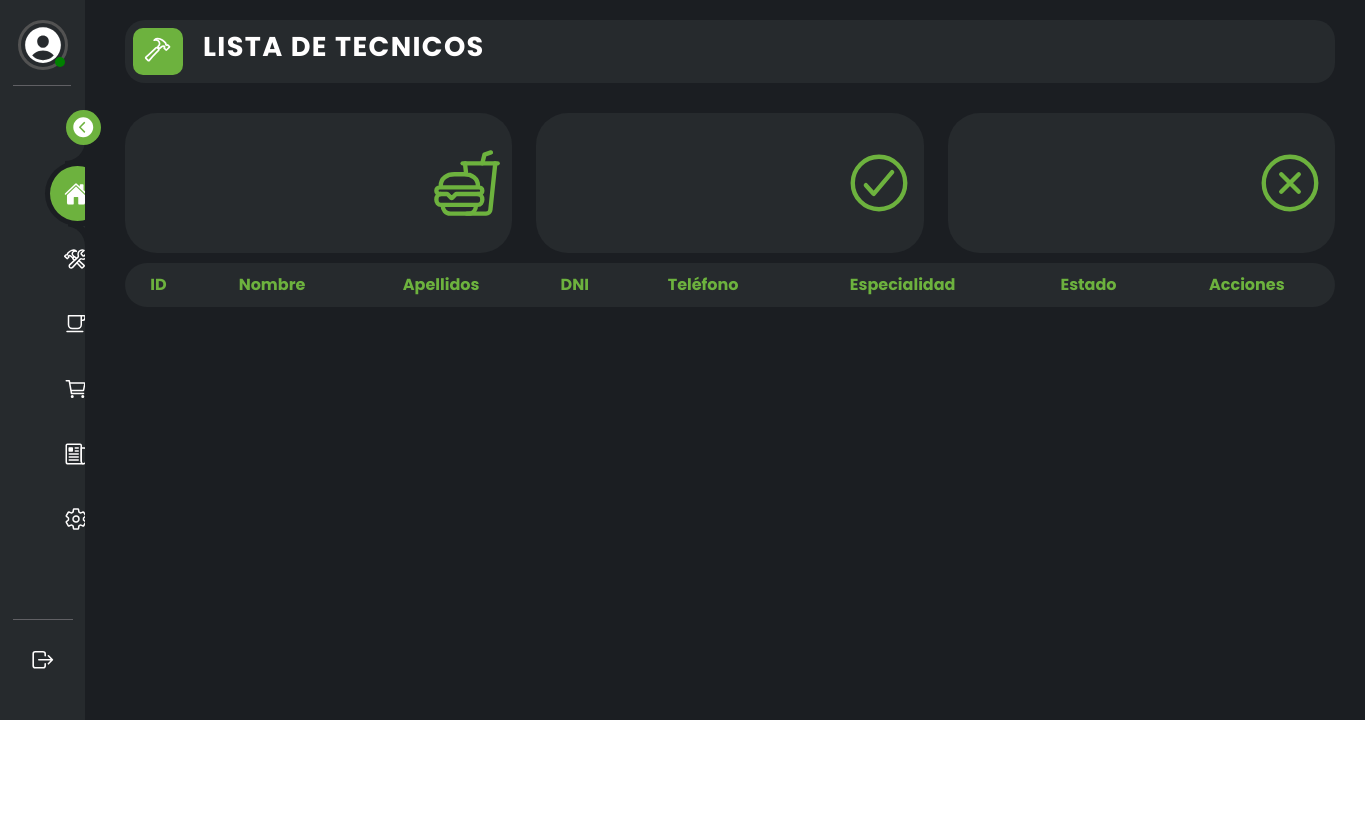
Repository: luisfelipe2023/warmisitAI
Page: http://localhost/tecnicos-lista
These files come from the project's save history. The page is drawn as it stood at one moment and after the next save; the edit follows.
The browser window is 1280 px wide. The page is 1365 px wide, so the pictures cover 1365 px, including what lies to the right of the window. The pictures show the whole page.
The page is this project's Thymeleaf template; nobody is signed in. The template is opened directly, without the code that normally fills it, so the values that code supplies are empty.

Above is the page before, as saved 2023-11-17 22:35:35.

After the next save:
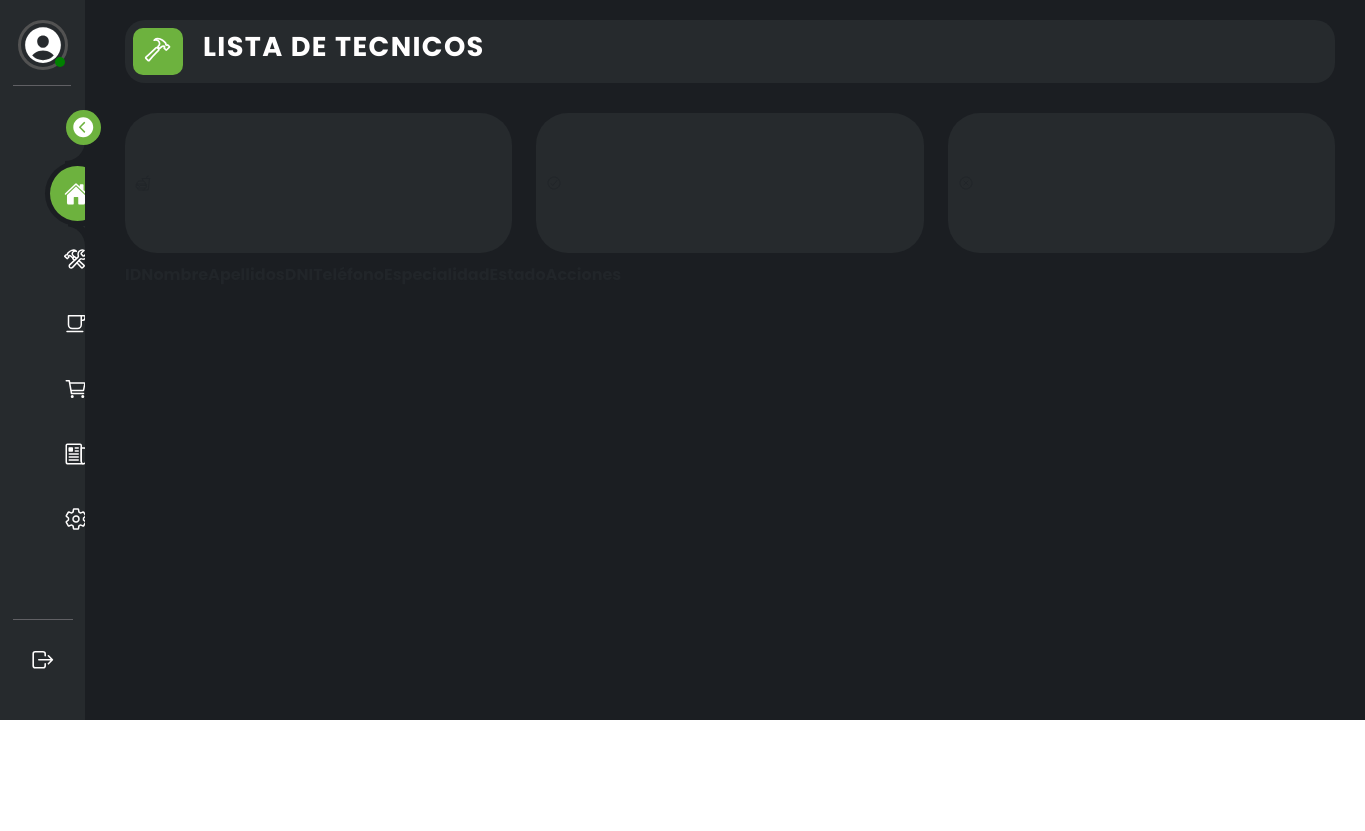
Saved 83 s later.
--- a/warmisitAI/src/main/resources/templates/tecnicos-lista.html
+++ b/warmisitAI/src/main/resources/templates/tecnicos-lista.html
@@ -143,7 +143,8 @@
                         <ion-icon name="close-circle-outline"></ion-icon>
                     </div>
                </div>
-
+				<br>
+				<br>
                <div class="table-container">
 
 
--- a/warmisitAI/src/main/resources/static/css/estilos.css
+++ b/warmisitAI/src/main/resources/static/css/estilos.css
@@ -376,13 +376,12 @@ a{
     width: 400px;
     height: 140px;
     background-color: var(--container);
-    margin: 10px 0; /* Ajusta el margen para separar las cajas */
+    margin: 10px 0;
     padding: 10px;
     border-radius: 2rem;
     cursor: pointer;
-    display: flex; /* Usa flexbox para alinear los elementos verticalmente */
-    align-items: center; /* Centra verticalmente los elementos dentro de la caja */
-}
+    display: flex;
+    align-items: center;
 
 .box p {
     font-size: 35px;
